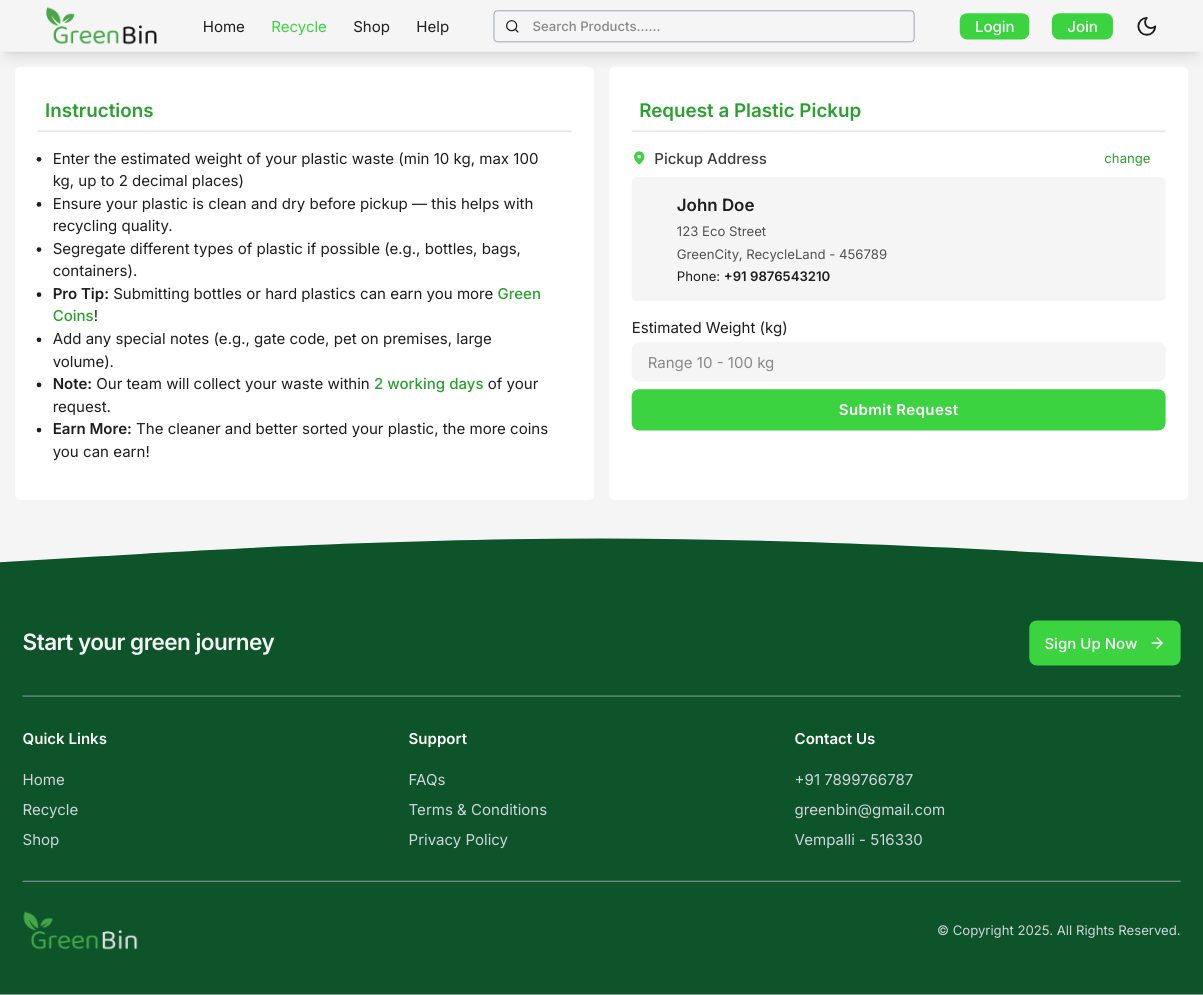
Repository: Siddhu123456/Plastic-Waste-Management
Page: /recycle (app in frontend/)
These files come from the project's save history. The page is drawn as it stood at one moment and after the next save; the edit follows.
The browser window is 1280 px wide. The pictures show the whole page, at 94% of full size.
The project was rebuilt for these pictures with package versions that can differ from the ones it lists, and the page was loaded fresh each time. Also part of the build but not shown: frontend/vite.config.js, frontend/src/components/ProductCard.jsx, frontend/src/components/TrendingProductsCarousel.jsx, frontend/src/pages/Home.jsx, frontend/src/components/FilterBar.jsx, frontend/src/pages/customer/Shop.jsx, frontend/src/components/CartItemCard.jsx, frontend/src/pages/customer/Cart.jsx and 14 more. Imported but missing from the stored project, and not drawn on this page: frontend/src/pages/Help, frontend/src/pages/customer/WishList.

Above is the page before, as saved 2025-05-06 11:57:17.

After the next save:
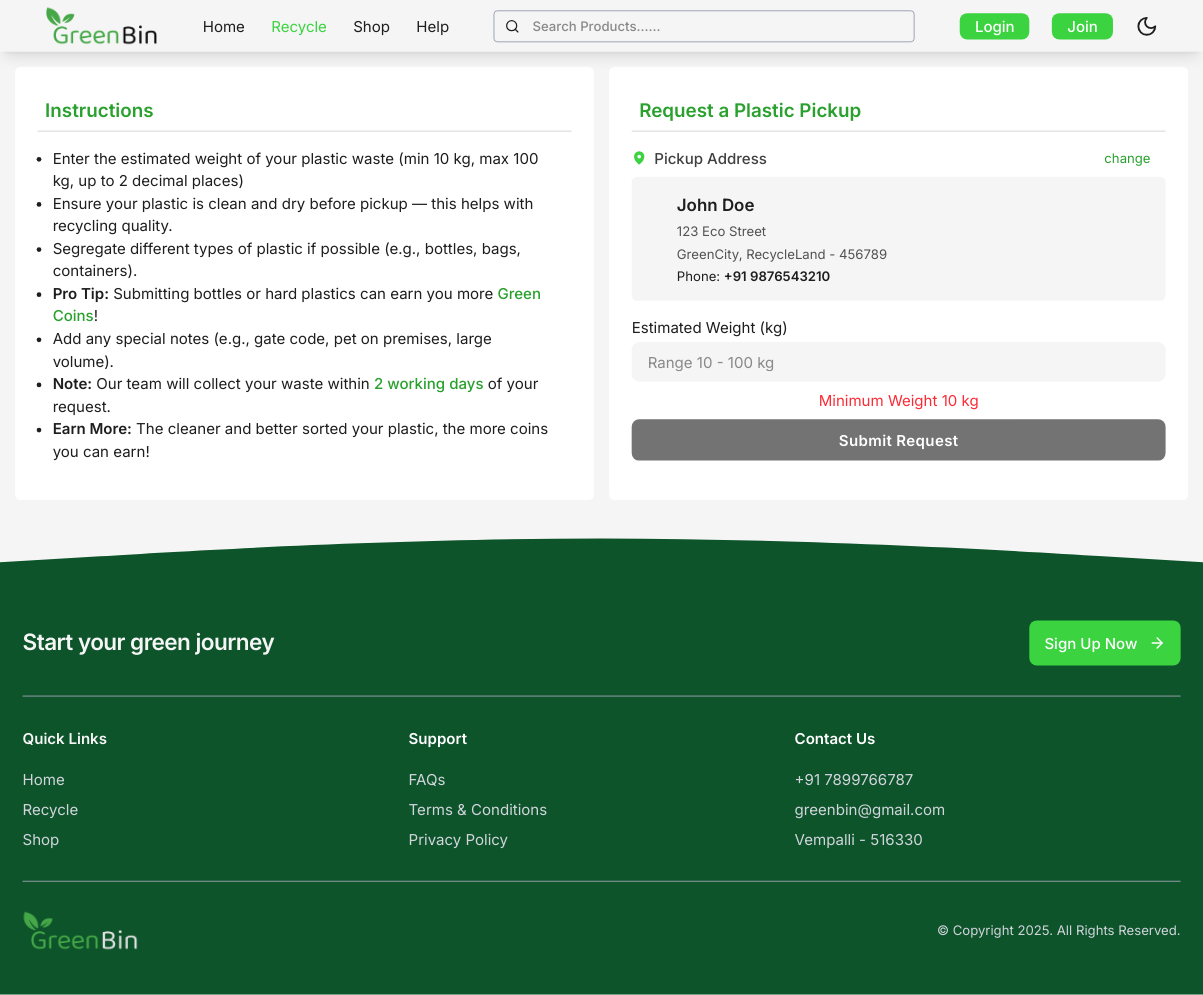
Saved 28 s later.
--- a/frontend/src/pages/customer/Recycle.jsx
+++ b/frontend/src/pages/customer/Recycle.jsx
@@ -3,7 +3,7 @@ import { PiMapPinFill, PiPlusCircle } from "react-icons/pi";
 
 const Recycle = () => {
   const [selectedAddress, setSelectedAddress] = useState(null)
-  const [weight, setWeight] = useState()
+  const [weight, setWeight] = useState(null)
   useEffect(() => {
     // Simulate fetch call
     const allAddresses = [
